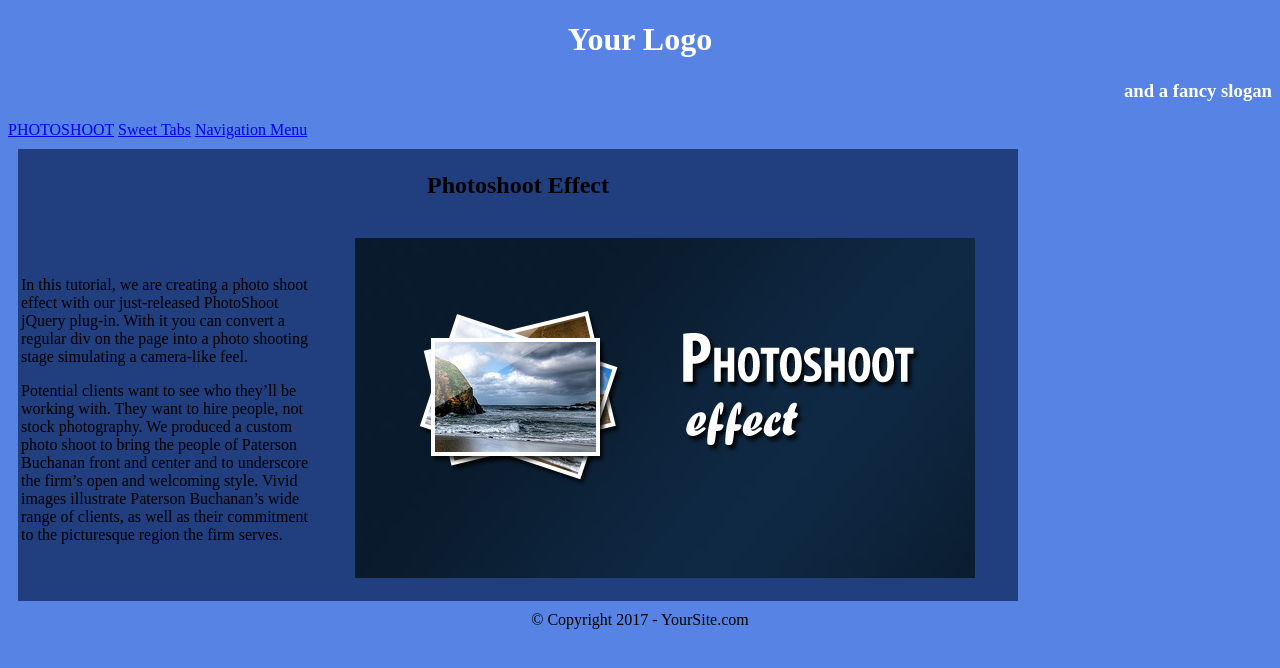
Repository: Helianthusss/Learn-CPP
Page: HTML/Lab-03/Lab-3-Resources/Ex01_PhotoShootEffect/photo-shoot-effect.html
An editor plug-in stored every save of this project. The page is shown before and after the next save, followed by the edit.
The browser window is 1280 px wide. The pictures show the whole page.

Above is the page before, as saved 2021-10-13 08:22:43.

### HTML/Lab-03/Lab-3-Resources/Ex01_PhotoShootEffect/photo-shoot-effect.html
<!DOCTYPE html>
<html lang="en">
  <head>
    <meta charset="UTF-8" />
    <title>Photo Shoot Effect</title>
    <link rel="stylesheet" type="text/css" href="photo-shoot-effect.css" />
  </head>
  <body>
    <header>
      <h1>Your Logo</h1>
      <h3>and a fancy slogan</h3>
      <nav>
        <a href="#">PHOTOSHOOT</a>
        <a href="#" title="sweet tabs">Sweet Tabs</a>
        <a href="#">Navigation Menu</a>
      </nav>
    </header>
    <table>
      <main>
        <article>
          <tr>
            <th colspan="2"><h2>Photoshoot Effect</h2></th>
          </tr>
          <tr>
              <td>
              <p>
                In this tutorial, we are creating a photo shoot effect with our
                just-released PhotoShoot jQuery plug-in. With it you can convert
                a regular div on the page into a photo shooting stage simulating
                a camera-like feel.
              </p>
              <p>
                Potential clients want to see who they’ll be working with. They
                want to hire people, not stock photography. We produced a custom
                photo shoot to bring the people of Paterson Buchanan front and
                center and to underscore the firm’s open and welcoming style.
                Vivid images illustrate Paterson Buchanan’s wide range of
                clients, as well as their commitment to the picturesque region
                the firm serves.
              </p>
            </td>
            <td>
                <div class="article-content">
                  <figure>
                    <img src="images/photo.jpg" />
                  </figure></td>
            </div>
          </tr>
        </article>
      </main>
    </table>
    <footer>&copy; Copyright 2017 - YourSite.com</footer>
  </body>
</html>

### HTML/Lab-03/Lab-3-Resources/Ex01_PhotoShootEffect/photo-shoot-effect.css
body {
  background-color: rgb(86, 131, 228);
}
h1 {
  text-align: center;
  color: white;
}
h3 {
  text-align: right;
  color: white;
}
nav {
  overflow: hidden;
}
table {
  background-color: rgb(33, 62, 126);
  width: 1000px;
  height: 100%;
  padding: 0px;
  margin: 10px;
}
footer {
  text-align: center;
  margin: 10px;
}

After the next save:
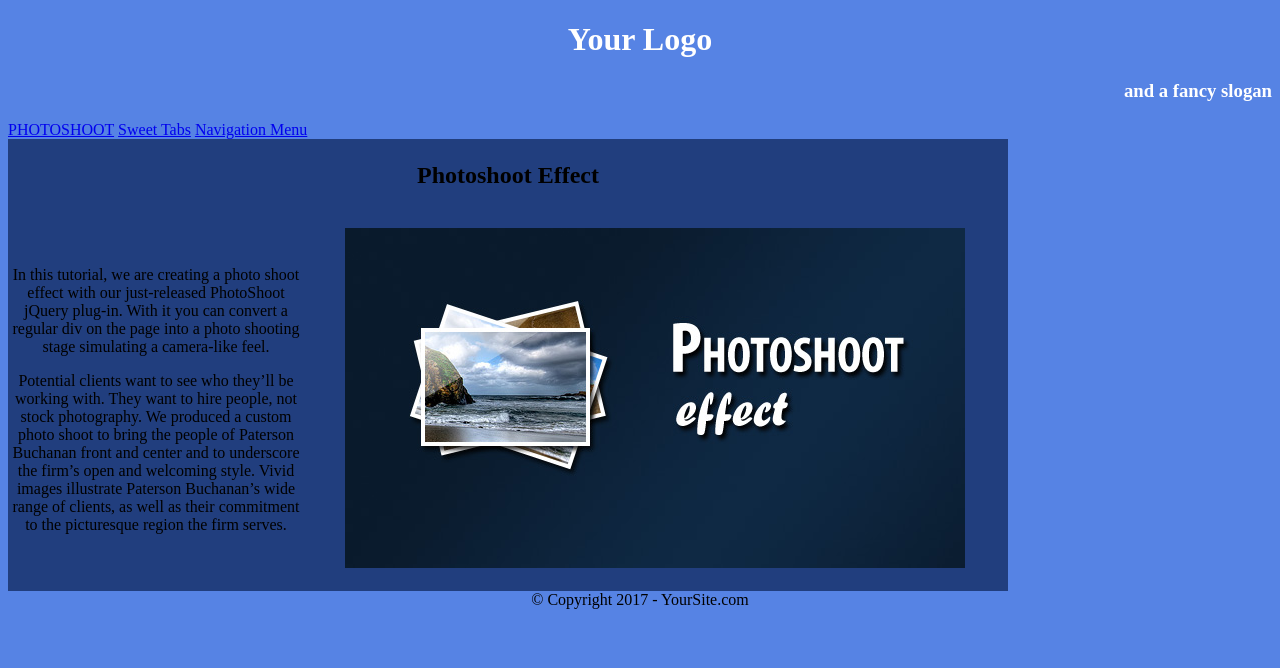
Saved 24 s later.
--- a/HTML/Lab-03/Lab-3-Resources/Ex01_PhotoShootEffect/photo-shoot-effect.css
+++ b/HTML/Lab-03/Lab-3-Resources/Ex01_PhotoShootEffect/photo-shoot-effect.css
@@ -16,10 +16,8 @@ table {
   background-color: rgb(33, 62, 126);
   width: 1000px;
   height: 100%;
-  padding: 0px;
-  margin: 10px;
+  text-align: center;
 }
 footer {
   text-align: center;
-  margin: 10px;
 }
